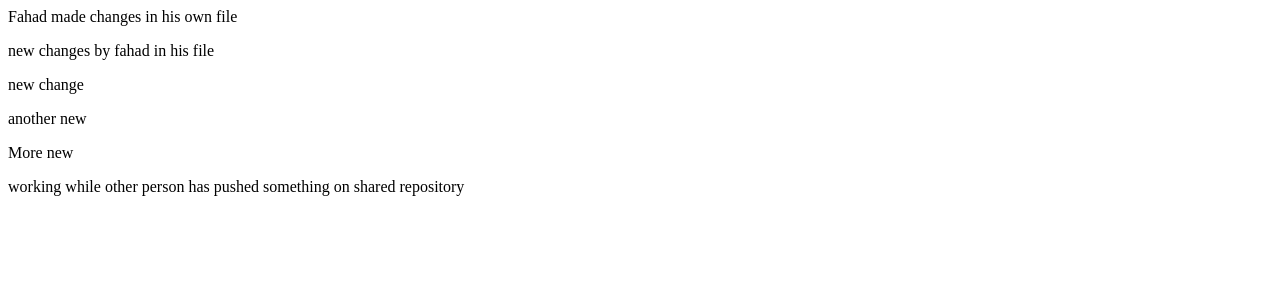
Repository: FahadAliSheikh/learnWorkFlow
Page: fahad.html
An editor plug-in stored every save of this project. The page is shown before and after the next save, followed by the edit.
The browser window is 1280 px wide. The pictures show the whole page.

Above is the page before, as saved 2019-03-23 13:50:58.

After the next save:
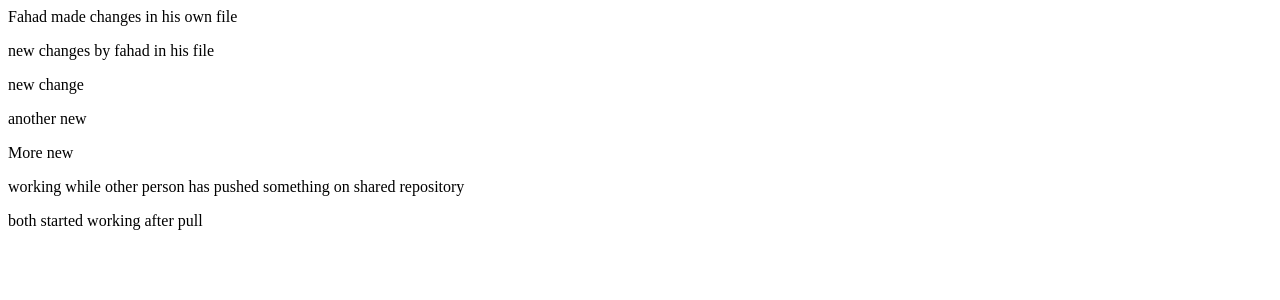
Saved 14 min 3 s later.
--- a/fahad.html
+++ b/fahad.html
@@ -4,3 +4,4 @@
 <p>another new</p>
 <p>More new</p>
 <p>working while other person has pushed something on shared repository</p>
+<p>both started working after pull</p>
